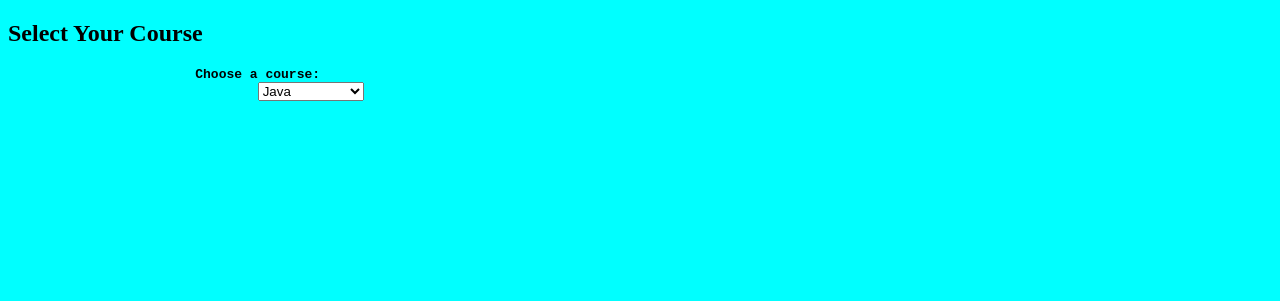
Repository: PallaviWalve/Advance-Java
Page: JavaEE_TODOs/src/main/webapp/WEB-INF/create_course.html
The author's editor kept a copy of each file at every save. The page is drawn from the files as they stood at one save, then again after the next save.
The browser window is 1280 px wide. The pictures show the whole page.

Above is the page before, as saved 2024-06-05 10:04:35.

### JavaEE_TODOs/src/main/webapp/WEB-INF/create_course.html
<!DOCTYPE html>
<html>
<body bgcolor="cyan">
	<h2>Select Your Course</h2>
	<form action = "Login" method="post">
		<pre>
			<label for="course"><b>Choose a course:</b></label>
				<select name="course" id="courses">
  				<option value="Java">Java</option>
  				<option value="HTML">HTML</option>
  				<option value="Advance Java">Advance Java</option>
  				<option value="Core Java">Core Java</option>
		</select>
		</pre>
	</form>

</body>
</html>

After the next save:
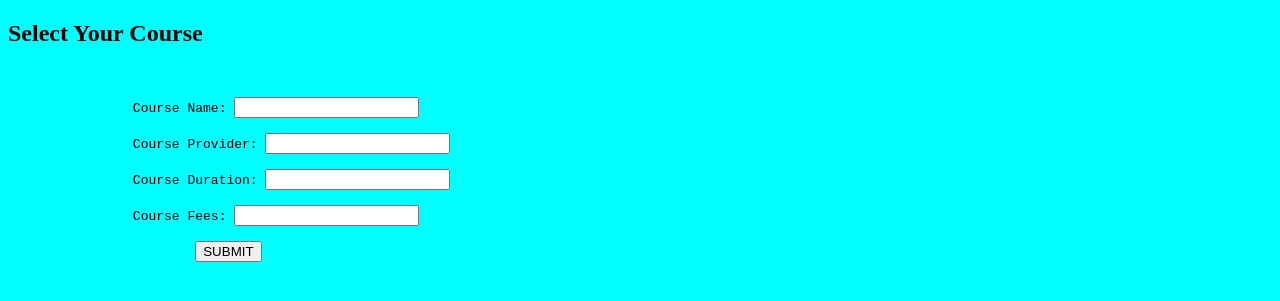
Saved 3 min 7 s later.
--- a/JavaEE_TODOs/src/main/webapp/WEB-INF/create_course.html
+++ b/JavaEE_TODOs/src/main/webapp/WEB-INF/create_course.html
@@ -4,13 +4,25 @@
 	<h2>Select Your Course</h2>
 	<form action = "Login" method="post">
 		<pre>
+		<!--
 			<label for="course"><b>Choose a course:</b></label>
 				<select name="course" id="courses">
   				<option value="Java">Java</option>
   				<option value="HTML">HTML</option>
   				<option value="Advance Java">Advance Java</option>
   				<option value="Core Java">Core Java</option>
-		</select>
+		</select>-->
+
+		Course Name: <input type="text" name="course_name"/>
+
+		Course Provider: <input type="text" name="course_provider"/>
+
+		Course Duration: <input type="number" name="course_duration"/>
+
+		Course Fees: <input type="number" name="course_fees"/>
+
+			<input type="submit" value = "SUBMIT"/>
+
 		</pre>
 	</form>
 
